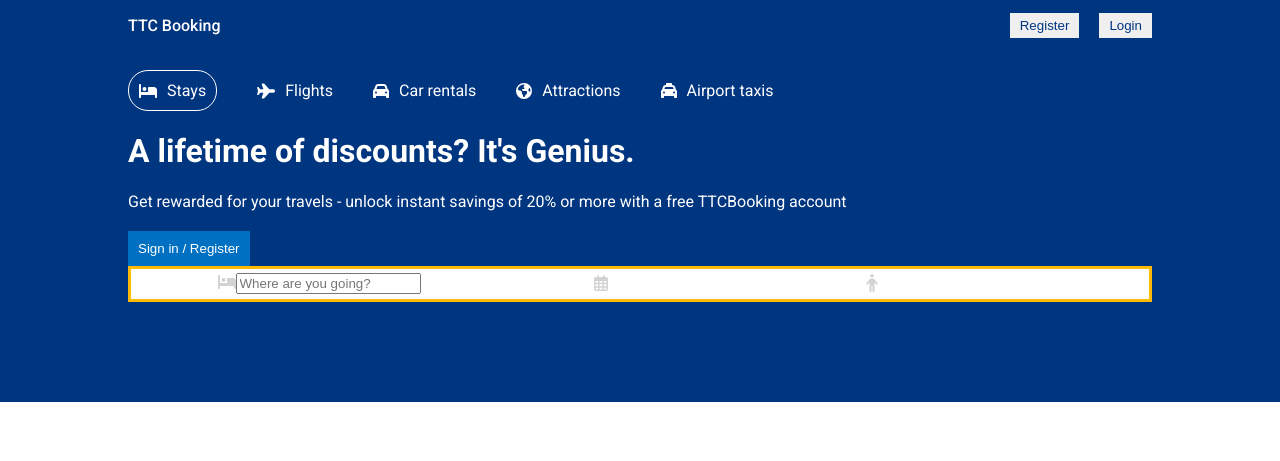
Repository: CarsonDev1/booking-app
Page: /
An editor plug-in stored every save of this project. The page is shown before and after the next save, followed by the edit.
The browser window is 1280 px wide. The pictures show the whole page.
The project was rebuilt for these pictures with package versions that can differ from the ones it lists, and the page was loaded fresh each time. Also part of the build but not shown: src/pages/home/home.css, src/pages/hotel/Hotel.jsx, src/pages/list/List.jsx.

Above is the page before, as saved 2022-12-03 01:08:15.

### public/index.html
<!DOCTYPE html>
<html lang="en">

<head>
  <meta charset="utf-8" />
  <link rel="icon" href="%PUBLIC_URL%/favicon.ico" />
  <meta name="viewport" content="width=device-width, initial-scale=1" />
  <meta name="theme-color" content="#000000" />
  <meta name="description" content="Web site created using create-react-app" />
  <link rel="apple-touch-icon" href="%PUBLIC_URL%/logo192.png" />
  <!--
      manifest.json provides metadata used when your web app is installed on a
      user's mobile device or desktop. See https://developers.google.com/web/fundamentals/web-app-manifest/
    -->
  <link rel="manifest" href="%PUBLIC_URL%/manifest.json" />
  <link rel="preconnect" href="https://fonts.googleapis.com">
  <link rel="preconnect" href="https://fonts.gstatic.com" crossorigin>
  <link
    href="https://fonts.googleapis.com/css2?family=Poppins:ital,wght@0,400;0,500;0,600;0,700;0,800;1,400;1,500;1,600;1,700&family=Roboto:ital,wght@0,300;0,400;0,500;0,700;1,300;1,400;1,500;1,700&display=swap"
    rel="stylesheet">
  <!--
      Notice the use of %PUBLIC_URL% in the tags above.
      It will be replaced with the URL of the `public` folder during the build.
      Only files inside the `public` folder can be referenced from the HTML.

      Unlike "/favicon.ico" or "favicon.ico", "%PUBLIC_URL%/favicon.ico" will
      work correctly both with client-side routing and a non-root public URL.
      Learn how to configure a non-root public URL by running `npm run build`.
    -->
  <title>React App</title>
</head>

<body>
  <noscript>You need to enable JavaScript to run this app.</noscript>
  <div id="root"></div>
  <!--
      This HTML file is a template.
      If you open it directly in the browser, you will see an empty page.

      You can add webfonts, meta tags, or analytics to this file.
      The build step will place the bundled scripts into the <body> tag.

      To begin the development, run `npm start` or `yarn start`.
      To create a production bundle, use `npm run build` or `yarn build`.
    -->
</body>

</html>

### src/index.css
body {
	margin: 0;
	padding: 0;
	box-sizing: border-box;
	font-family: "Roboto", sans-serif;
}

### src/App.js
import { BrowserRouter, Routes, Route } from "react-router-dom";
import Home from "./pages/home/Home";
import Hotel from "./pages/hotel/Hotel";
import List from "./pages/list/List";
function App() {
	return (
		<BrowserRouter>
			<Routes>
				<Route path="/" element={<Home />} />
				<Route path="/hotels" element={<List />} />
				<Route path="/hotels/:id" element={<Hotel />} />
			</Routes>
		</BrowserRouter>
	);
}

export default App;

### src/pages/home/Home.jsx
import Header from "../../components/header/Header";
import Navbar from "../../components/navbar/Navbar";
import "./home.css";

const Home = () => {
	return (
		<div>
			<Navbar />
			<Header />
		</div>
	);
};

export default Home;

### src/components/header/Header.jsx
import { faCalendarDays } from "@fortawesome/free-regular-svg-icons";
import {
	faBed,
	faCar,
	faEarth,
	faMountain,
	faPerson,
	faPlane,
	faTaxi,
} from "@fortawesome/free-solid-svg-icons";
import { FontAwesomeIcon } from "@fortawesome/react-fontawesome";
import "./header.css";

const Header = () => {
	return (
		<div className="header">
			<div className="headerContainer">
				<div className="headerList">
					<div className="headerListItem active">
						<FontAwesomeIcon icon={faBed} />
						<span>Stays</span>
					</div>
					<div className="headerListItem">
						<FontAwesomeIcon icon={faPlane} />
						<span>Flights</span>
					</div>
					<div className="headerListItem">
						<FontAwesomeIcon icon={faCar} />
						<span>Car rentals</span>
					</div>
					<div className="headerListItem">
						<FontAwesomeIcon icon={faEarth} />
						<span>Attractions</span>
					</div>
					<div className="headerListItem">
						<FontAwesomeIcon icon={faTaxi} />
						<span>Airport taxis</span>
					</div>
				</div>
				<h1 className="headerTitle">
					A lifetime of discounts? It's Genius.
				</h1>
				<p className="headerDesc">
					Get rewarded for your travels - unlock instant savings of
					20% or more with a free TTCBooking account
				</p>
				<button className="headerBtn">Sign in / Register</button>
				<div className="headerSearch">
					<div className="headerSearchItem">
						<FontAwesomeIcon icon={faBed} className="headerIcon" />
						<input
							type="text"
							placeholder="Where are you going?"
							className="headerSearchInput"
						/>
					</div>
					<div className="headerSearchItem">
						<FontAwesomeIcon
							icon={faCalendarDays}
							className="headerIcon"
						/>
						<span className="headerSearchText">date to date</span>
					</div>
					<div className="headerSearchItem">
						<FontAwesomeIcon
							icon={faPerson}
							className="headerIcon"
						/>
						<span className="headerSearchText">
							2 adults 2 children 1 room
						</span>
					</div>
				</div>
			</div>
		</div>
	);
};

export default Header;

### src/components/navbar/Navbar.jsx
import "./navbar.css";

const NavBar = () => {
	return (
		<div className="navbar">
			<div className="navContainer">
				<span className="logo">TTC Booking</span>
				<div className="navItems">
					<button className="navButton">Register</button>
					<button className="navButton">Login</button>
				</div>
			</div>
		</div>
	);
};

export default NavBar;

### src/components/header/header.css
.header {
	background-color: #003580;
	color: white;
	display: flex;
	justify-content: center;
}
.headerContainer {
	width: 100%;
	max-width: 1024px;
	margin: 20px 0px 100px 0px;
}
.headerList {
	display: flex;
	gap: 40px;
}
.headerListItem {
	display: flex;
	align-items: center;
	gap: 10px;
}
.headerListItem.active {
	border: 1px solid white;
	padding: 10px;
	border-radius: 20px;
}
.headerDesc {
	margin: 20px 0px;
}
.headerBtn {
	background-color: #0071c2;
	color: white;
	font-weight: 500;
	border: none;
	padding: 10px;
	cursor: pointer;
}
.headerSearch {
	height: 30px;
	background-color: white;
	border: 3px solid #febb02;
	display: flex;
	align-items: center;
	justify-content: space-around;
}
.headerIcon {
	color: lightgray;
}

### src/components/navbar/navbar.css
.navbar {
	height: 50px;
	background-color: #003580;
	display: flex;
	justify-content: center;
}
.navContainer {
	width: 100%;
	max-width: 1024px;
	color: white;
	display: flex;
	align-items: center;
	justify-content: space-between;
}
.logo {
	font-weight: 500;
}
.navButton {
	margin-left: 20px;
	border: none;
	padding: 5px 10px;
	cursor: pointer;
	color: #003580;
}

Loaded but not shown: src/index.js (common file)

After the next save:
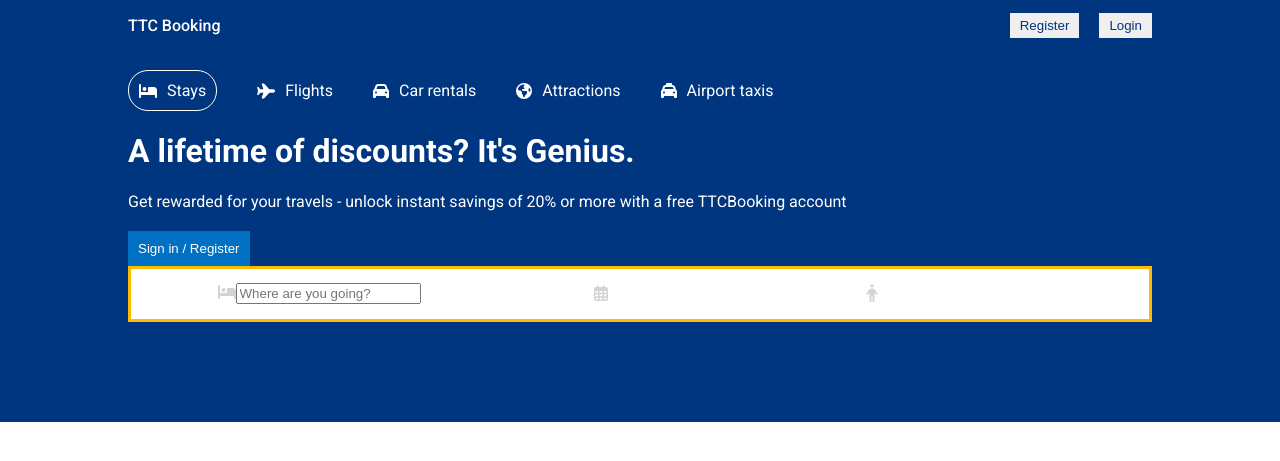
Saved 10 s later.
--- a/src/components/header/header.css
+++ b/src/components/header/header.css
@@ -41,6 +41,7 @@
 	display: flex;
 	align-items: center;
 	justify-content: space-around;
+	padding: 10px 0px;
 }
 .headerIcon {
 	color: lightgray;
